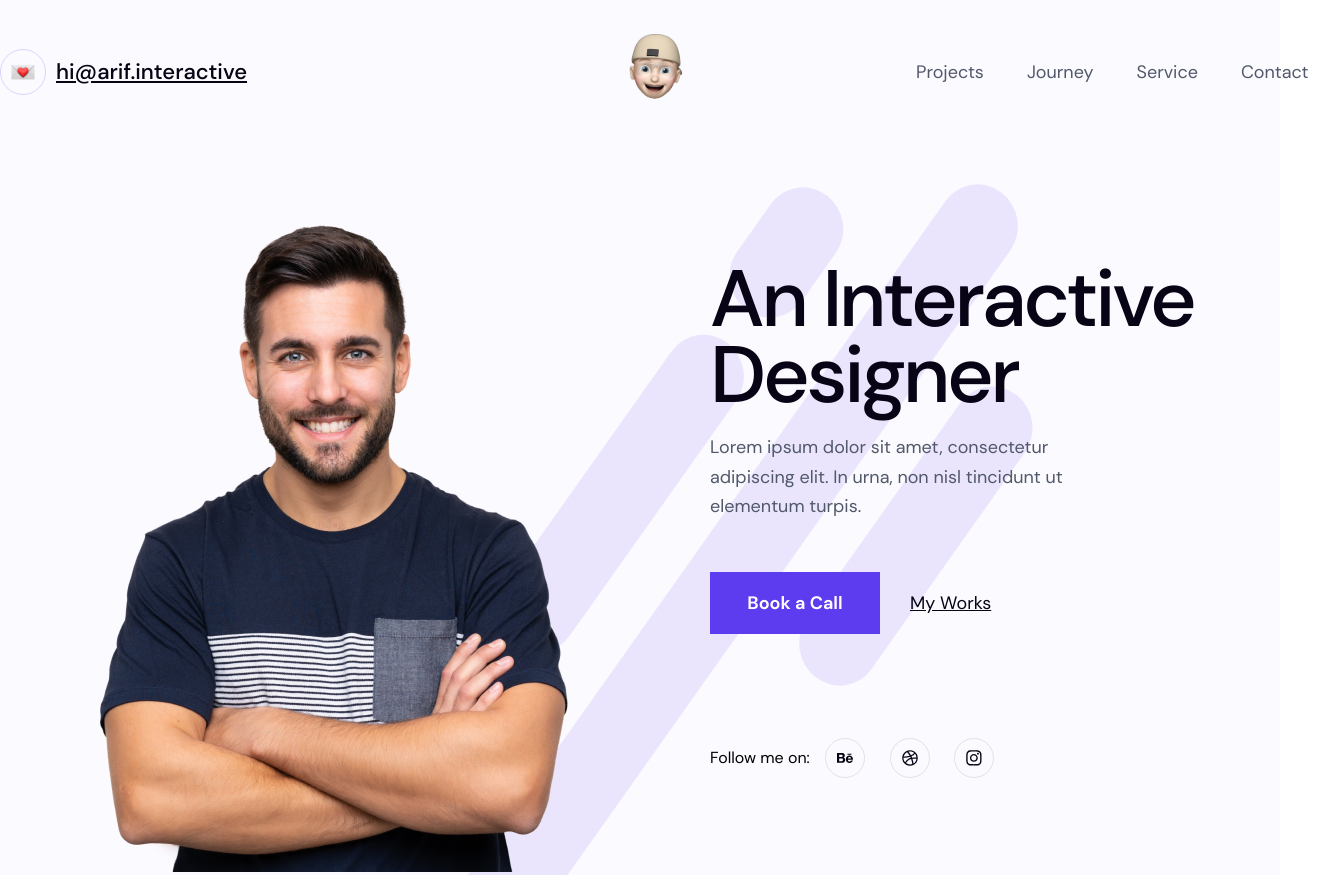
Repository: trantangtuan/project-06-grid-system12column-demo
Page: index.html
An editor plug-in stored every save of this project. The page is shown before and after the next save, followed by the edit.
The browser window is 1280 px wide. The page is 1330 px wide, so the pictures cover 1330 px, including what lies to the right of the window. The pictures show the whole page.

Above is the page before, as saved 2024-07-13 20:57:06.

### index.html
<!DOCTYPE html>
<html lang="en">
  <head>
    <meta charset="UTF-8" />
    <meta name="viewport" content="width=device-width, initial-scale=1.0" />
    <title>Project - 06 - use grid systerm 12 column</title>
    <!-- reset css -->
    <link rel="stylesheet" href="./assets/css/reset.css" />
    <!-- grid css -->
    <link rel="stylesheet" href="./assets/css/grid.css" />
    <!-- style css -->
    <link rel="stylesheet" href="./assets/css/style.css" />
    <!-- responsive css -->
    <link rel="stylesheet" href="./assets/css/responsive.css" />
    <!-- font DM sans -->
    <link rel="stylesheet" href="./assets/Font/stylesheet.css" />
  </head>
  <body>
    <!-- header -->
    <header class="header">
      <div class="nav">
        <div class="nav__mail">
          <div class="nav__mail-icon">
            <img
              class="nav__mail-img"
              src="./assets/img/mail-icon.png"
              alt="mail icon"
            />
          </div>
          <a
            href="mailto:nguyenvancuong0345723186@gmail.com"
            class="nav__mail-desc"
          >
            hi@arif.interactive
          </a>
        </div>
        <div class="logo">
          <img src="./assets/img/logo-boy.svg" alt="logo" class="logo-img" />
        </div>
        <ul class="navbar">
          <li>
            <a href="#!" class="navbar__item">Projects</a>
          </li>
          <li>
            <a href="#!" class="navbar__item">Journey</a>
          </li>
          <li>
            <a href="#!" class="navbar__item">Service</a>
          </li>
          <li>
            <a href="#!" class="navbar__item">Contact</a>
          </li>
        </ul>
      </div>
    </header>
    <!-- main -->
    <main class="main">
      <!-- hero -->
      <div class="hero">
        <div class="group-rectangle">
          <img
            class="group-rectangle__left"
            src="./assets/img/group-rectangle-left.svg"
            alt=""
          />
        </div>
        <div class="container">
          <div class="hero__left">
            <img
              src="./assets/img/hero-img.png"
              alt="image hero"
              class="hero__img"
            />
          </div>
          <div class="hero__right">
            <h1 class="hero__title">An Interactive Designer</h1>
            <p class="hero__desc">
              Lorem ipsum dolor sit amet, consectetur adipiscing elit. In urna,
              non nisl tincidunt ut elementum turpis.
            </p>
            <div class="hero__cta">
              <a href="#!" class="btn btn__book-call">Book a Call</a>
              <a href="#!" class="btn__my-detail">My Works</a>
            </div>
            <div class="hero__social-network">
              <span class="social-network__desc">Follow me on:</span>
              <div class="social-network__group">
                <a href="#!">
                  <img
                    src="./assets/img/Goggle.svg"
                    alt="goggle"
                    class="social-network__icon"
                  />
                </a>
                <a href="#!">
                  <img
                    src="./assets/img/icon.svg"
                    alt="icon"
                    class="social-network__icon"
                  />
                </a>
                <a href="#!">
                  <img
                    src="./assets/img/Instagram.svg"
                    alt="instagram"
                    class="social-network__icon"
                  />
                </a>
              </div>
            </div>
          </div>
        </div>
      </div>
    </main>
  </body>
</html>

### assets/css/grid.css
.container,
.container-fluid {
  --spacer: 10px;
  --column-size: 12;
  width: 100%;
  margin-left: auto;
  margin-right: auto;
  padding-left: calc(var(--spacer) / 2);
  padding-right: calc(var(--spacer) / 2);
}

.row {
  display: flex;
  flex-wrap: wrap;

  margin: 0px calc(-1 * var(--spacer) / 2);
}

.gutter-0 {
  --spacer: 0;
}

[class*="offset-"] {
  margin-left: calc(100% / var(--column-size) * var(--offset-value));
}

.offset-1 {
  --offset-value: 1;
}

.offset-2 {
  --offset-value: 2;
}

.offset-3 {
  --offset-value: 3;
}

.offset-4 {
  --offset-value: 4;
}

.offset-5 {
  --offset-value: 5;
}

.offset-6 {
  --offset-value: 6;
}

.offset-7 {
  --offset-value: 7;
}

.offset-8 {
  --offset-value: 8;
}

.offset-9 {
  --offset-value: 9;
}

.offset-10 {
  --offset-value: 10;
}

.offset-11 {
  --offset-value: 11;
}

.col,
.row[class*="row-cols-"] > *,
.row > [class*="col-"] {
  padding-left: calc(var(--spacer) / 2);
  padding-right: calc(var(--spacer) / 2);
}

.row[class*="row-cols-"] > *,
.row > [class*="col-"] {
  flex: 0 0 auto;
}

.row[class*="row-cols-"] > * {
  width: calc(100% / var(--row-cols-number));
}

.row-cols-1 > * {
  --row-cols-number: 1;
}

.row-cols-2 > * {
  --row-cols-number: 2;
}

.row-cols-3 > * {
  --row-cols-number: 3;
}

.row-cols-4 > * {
  --row-cols-number: 4;
}

.row-cols-5 > * {
  --row-cols-number: 5;
}

.row-cols-6 > * {
  --row-cols-number: 6;
}

.row > [class*="col-"] {
  width: calc(100% / var(--column-size) * var(--column-number));
}

.col-1 {
  --column-number: 1;
}

.col-2 {
  --column-number: 2;
}

.col-3 {
  --column-number: 3;
}

.col-4 {
  --column-number: 4;
}

.col-5 {
  --column-number: 5;
}

.col-6 {
  --column-number: 6;
}

.col-7 {
  --column-number: 7;
}

.col-8 {
  --column-number: 8;
}

.col-9 {
  --column-number: 9;
}

.col-10 {
  --column-number: 10;
}

.col-11 {
  --column-number: 11;
}

.col-12 {
  --column-number: 12;
}

/* // Small devices (landscape phones, 576px and up) */
@media (min-width: 576px) {
  .container {
    --spacer: 20px;
    width: 540px;
  }

  .gutter-sm-0 {
    --spacer: 0;
  }

  .offset-sm-1 {
    --offset-value: 1;
  }

  .offset-sm-2 {
    --offset-value: 2;
  }

  .offset-sm-3 {
    --offset-value: 3;
  }

  .offset-sm-4 {
    --offset-value: 4;
  }

  .offset-sm-5 {
    --offset-value: 5;
  }

  .offset-sm-6 {
    --offset-value: 6;
  }

  .offset-sm-7 {
    --offset-value: 7;
  }

  .offset-sm-8 {
    --offset-value: 8;
  }

  .offset-sm-9 {
    --offset-value: 9;
  }

  .offset-sm-10 {
    --offset-value: 10;
  }

  .offset-sm-11 {
    --offset-value: 11;
  }

  .col-sm-1 {
    --column-number: 1;
  }

  .col-sm-2 {
    --column-number: 2;
  }

  .col-sm-3 {
    --column-number: 3;
  }

  .col-sm-4 {
    --column-number: 4;
  }

  .col-sm-5 {
    --column-number: 5;
  }

  .col-sm-6 {
    --column-number: 6;
  }

  .col-sm-7 {
    --column-number: 7;
  }

  .col-sm-8 {
    --column-number: 8;
  }

  .col-sm-9 {
    --column-number: 9;
  }

  .col-sm-10 {
    --column-number: 10;
  }

  .col-sm-11 {
    --column-number: 11;
  }

  .col-sm-12 {
    --column-number: 12;
  }

  .row-cols-sm-1 > * {
    --row-cols-number: 1;
  }

  .row-cols-sm-2 > * {
    --row-cols-number: 2;
  }

  .row-cols-sm-3 > * {
    --row-cols-number: 3;
  }

  .row-cols-sm-4 > * {
    --row-cols-number: 4;
  }

  .row-cols-sm-5 > * {
    --row-cols-number: 5;
  }

  .row-cols-sm-6 > * {
    --row-cols-number: 6;
  }
}

/* // Medium devices (tablets, 768px and up) */
@media (min-width: 768px) {
  .container {
    width: 720px;
  }

  .gutter-md-0 {
    --spacer: 0;
  }

  .offset-md-1 {
    --offset-value: 1;
  }

  .offset-md-2 {
    --offset-value: 2;
  }

  .offset-md-3 {
    --offset-value: 3;
  }

  .offset-md-4 {
    --offset-value: 4;
  }

  .offset-md-5 {
    --offset-value: 5;
  }

  .offset-md-6 {
    --offset-value: 6;
  }

  .offset-md-7 {
    --offset-value: 7;
  }

  .offset-md-8 {
    --offset-value: 8;
  }

  .offset-md-9 {
    --offset-value: 9;
  }

  .offset-md-10 {
    --offset-value: 10;
  }

  .offset-md-11 {
    --offset-value: 11;
  }

  .col-md-1 {
    --column-number: 1;
  }

  .col-md-2 {
    --column-number: 2;
  }

  .col-md-3 {
    --column-number: 3;
  }

  .col-md-4 {
    --column-number: 4;
  }

  .col-md-5 {
    --column-number: 5;
  }

  .col-md-6 {
    --column-number: 6;
  }

  .col-md-7 {
    --column-number: 7;
  }

  .col-md-8 {
    --column-number: 8;
  }

  .col-md-9 {
    --column-number: 9;
  }

  .col-md-10 {
    --column-number: 10;
  }

  .col-md-11 {
    --column-number: 11;
  }

  .col-md-12 {
    --column-number: 12;
  }

  .row-cols-md-1 > * {
    --row-cols-number: 1;
  }

  .row-cols-md-2 > * {
    --row-cols-number: 2;
  }

  .row-cols-md-3 > * {
    --row-cols-number: 3;
  }

  .row-cols-md-4 > * {
    --row-cols-number: 4;
  }

  .row-cols-md-5 > * {
    --row-cols-number: 5;
  }

  .row-cols-md-6 > * {
    --row-cols-number: 6;
  }
}

/* // Large devices (desktops, 992px and up) */
@media (min-width: 992px) {
  .container {
    width: 960px;
    --spacer: 30px;
  }

  .gutter-lg-0 {
    --spacer: 0;
  }

  .offset-lg-1 {
    --offset-value: 1;
  }

  .offset-lg-2 {
    --offset-value: 2;
  }

  .offset-lg-3 {
    --offset-value: 3;
  }

  .offset-lg-4 {
    --offset-value: 4;
  }

  .offset-lg-5 {
    --offset-value: 5;
  }

  .offset-lg-6 {
    --offset-value: 6;
  }

  .offset-lg-7 {
    --offset-value: 7;
  }

  .offset-lg-8 {
    --offset-value: 8;
  }

  .offset-lg-9 {
    --offset-value: 9;
  }

  .offset-lg-10 {
    --offset-value: 10;
  }

  .offset-lg-11 {
    --offset-value: 11;
  }

  .col-lg-1 {
    --column-number: 1;
  }

  .col-lg-2 {
    --column-number: 2;
  }

  .col-lg-3 {
    --column-number: 3;
  }

  .col-lg-4 {
    --column-number: 4;
  }

  .col-lg-5 {
    --column-number: 5;
  }

  .col-lg-6 {
    --column-number: 6;
  }

  .col-lg-7 {
    --column-number: 7;
  }

  .col-lg-8 {
    --column-number: 8;
  }

  .col-lg-9 {
    --column-number: 9;
  }

  .col-lg-10 {
    --column-number: 10;
  }

  .col-lg-11 {
    --column-number: 11;
  }

  .col-lg-12 {
    --column-number: 12;
  }

  .row-cols-lg-1 > * {
    --row-cols-number: 1;
  }

  .row-cols-lg-2 > * {
    --row-cols-number: 2;
  }

  .row-cols-lg-3 > * {
    --row-cols-number: 3;
  }

  .row-cols-lg-4 > * {
    --row-cols-number: 4;
  }

  .row-cols-lg-5 > * {
    --row-cols-number: 5;
  }

  .row-cols-lg-6 > * {
    --row-cols-number: 6;
  }
}

/* // X-Large devices (large desktops, 1200px and up) */
@media (min-width: 1200px) {
  .container {
    width: 1170px;
  }

  .gutter-xl-0 {
    --spacer: 0;
  }

  .offset-xl-1 {
    --offset-value: 1;
  }

  .offset-xl-2 {
    --offset-value: 2;
  }

  .offset-xl-3 {
    --offset-value: 3;
  }

  .offset-xl-4 {
    --offset-value: 4;
  }

  .offset-xl-5 {
    --offset-value: 5;
  }

  .offset-xl-6 {
    --offset-value: 6;
  }

  .offset-xl-7 {
    --offset-value: 7;
  }

  .offset-xl-8 {
    --offset-value: 8;
  }

  .offset-xl-9 {
    --offset-value: 9;
  }

  .offset-xl-10 {
    --offset-value: 10;
  }

  .offset-xl-11 {
    --offset-value: 11;
  }

  .col-xl-1 {
    --column-number: 1;
  }

  .col-xl-2 {
    --column-number: 2;
  }

  .col-xl-3 {
    --column-number: 3;
  }

  .col-xl-4 {
    --column-number: 4;
  }

  .col-xl-5 {
    --column-number: 5;
  }

  .col-xl-6 {
    --column-number: 6;
  }

  .col-xl-7 {
    --column-number: 7;
  }

  .col-xl-8 {
    --column-number: 8;
  }

  .col-xl-9 {
    --column-number: 9;
  }

  .col-xl-10 {
    --column-number: 10;
  }

  .col-xl-11 {
    --column-number: 11;
  }

  .col-xl-12 {
    --column-number: 12;
  }

  .row-cols-xl-1 > * {
    --row-cols-number: 1;
  }

  .row-cols-xl-2 > * {
    --row-cols-number: 2;
  }

  .row-cols-xl-3 > * {
    --row-cols-number: 3;
  }

  .row-cols-xl-4 > * {
    --row-cols-number: 4;
  }

  .row-cols-xl-5 > * {
    --row-cols-number: 5;
  }

  .row-cols-xl-6 > * {
    --row-cols-number: 6;
  }
}

### assets/css/style.css
:root {
  --primary-color: #5d3bee;
  --secondary-color: #51586a;
}

*,
::after,
::before {
  box-sizing: border-box;
}

html {
  font-size: 62.5%;
}

body {
  font-size: 1.6rem;
  font-family: "DM Sans", sans-serif;
}

.item {
  /* width: 33.3333%; */
  border: 1px dashed orange;
  flex: 1 0;
}

/* ======================common======================== */

a {
  text-decoration: none;
  color: var(--secondary-color);
  font-size: 1.8rem;
  font-style: normal;
  font-weight: 400;
}

.btn {
  display: inline-block;
  height: 62px;
  min-width: 170px;
  background-color: var(--primary-color);
  padding: 0px 8px;
  color: #fdfdfd;
  font-size: 1.8rem;
  font-style: normal;
  font-weight: 700;
  line-height: 62px;
  text-align: center;
}

/* ==========================header========================= */

.header {
  background-color: #fbfaff;
  padding-top: 20px;
  position: sticky;
  top: -20px;
  z-index: 999;
}

.nav {
  width: 1330px;
  margin: 0px auto;
  display: flex;
  align-items: center;
}

.nav__mail {
  display: flex;
  align-items: center;
  gap: 0 10px;
}

.nav__mail-icon {
  width: 46px;
  height: 46px;
  border-radius: 50%;
  border: 1px solid #dcd4fc;
  display: flex;
  align-items: center;
  justify-content: center;
}

.nav__mail-desc {
  color: #080415;
  font-size: 2.2rem;
  font-style: normal;
  font-weight: 500;
  line-height: 136.364%;
  text-decoration: underline;
}

.logo {
  margin-left: 357px;
}

.logo-img {
  height: 100px;
  width: 100px;
}

.navbar {
  margin-left: auto;
  display: flex;
  align-items: center;
}

.navbar__item {
  padding: 8px 21.5px;
}

/* ========================main================== */
/* hero */

.hero {
  padding-top: 44px;
  background-color: #fbfaff;
  position: relative;
}

.group-rectangle__left {
  position: absolute;
  bottom: 0;
  left: 330px;
}

.hero > .container {
  position: relative;
  display: flex;
  align-items: center;
  z-index: 2;
}

.hero__img {
  width: 514px;
}

.hero__right {
  width: 500px;
  margin-left: auto;
}

.hero__title {
  color: #080415;
  font-size: 8rem;
  font-style: normal;
  font-weight: 500;
  line-height: 95%;
  letter-spacing: -3.2px;
}

.hero__desc {
  width: 370px;
  margin-top: 20px;
  color: #51586a;
  font-size: 1.8rem;
  font-style: normal;
  font-weight: 400;
  line-height: 166.667%;
}

.hero__cta {
  margin-top: 50px;
  display: flex;
  align-items: center;
  gap: 30px;
}

.btn__my-detail {
  background-color: transparent;
  color: #080415;
  text-decoration: underline;
}

.hero__social-network {
  margin-top: 104px;
  display: flex;
  /* align-items: center; */
}

.social-network__desc {
  line-height: 40px;
  margin-right: -5px;
}

.social-network__icon {
  width: 40px;
  height: 40px;
  margin-left: 20px;
}

### assets/Font/stylesheet.css
@font-face {
    font-family: 'DM Sans';
    src: url('DMSans-Bold.woff2') format('woff2'),
        url('DMSans-Bold.woff') format('woff');
    font-weight: bold;
    font-style: normal;
    font-display: swap;
}

@font-face {
    font-family: 'DM Sans';
    src: url('DMSans-Italic.woff2') format('woff2'),
        url('DMSans-Italic.woff') format('woff');
    font-weight: normal;
    font-style: italic;
    font-display: swap;
}

@font-face {
    font-family: 'DM Sans';
    src: url('DMSans-BoldItalic.woff2') format('woff2'),
        url('DMSans-BoldItalic.woff') format('woff');
    font-weight: bold;
    font-style: italic;
    font-display: swap;
}

@font-face {
    font-family: 'DM Sans';
    src: url('DMSans-Medium.woff2') format('woff2'),
        url('DMSans-Medium.woff') format('woff');
    font-weight: 500;
    font-style: normal;
    font-display: swap;
}

@font-face {
    font-family: 'DM Sans';
    src: url('DMSans-MediumItalic.woff2') format('woff2'),
        url('DMSans-MediumItalic.woff') format('woff');
    font-weight: 500;
    font-style: italic;
    font-display: swap;
}

@font-face {
    font-family: 'DM Sans';
    src: url('DMSans-Regular.woff2') format('woff2'),
        url('DMSans-Regular.woff') format('woff');
    font-weight: normal;
    font-style: normal;
    font-display: swap;
}

Loaded but not shown: assets/css/reset.css (common file); assets/css/responsive.css (no stored copy; drawn as an empty file)

After the next save:
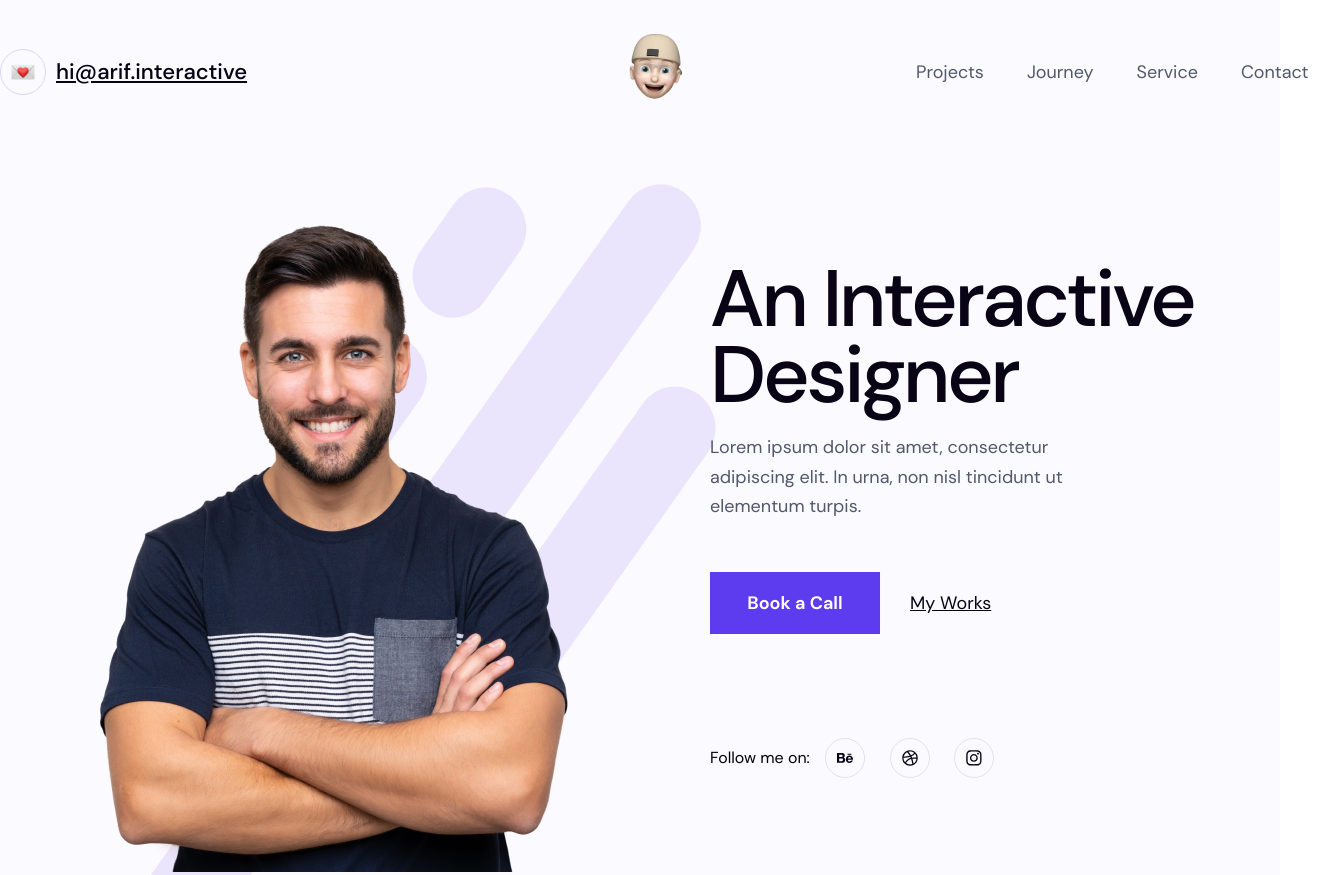
Saved 80 s later.
--- a/assets/css/style.css
+++ b/assets/css/style.css
@@ -121,7 +121,7 @@ a {
 .group-rectangle__left {
   position: absolute;
   bottom: 0;
-  left: 330px;
+  left: 1%;
 }
 
 .hero > .container {
